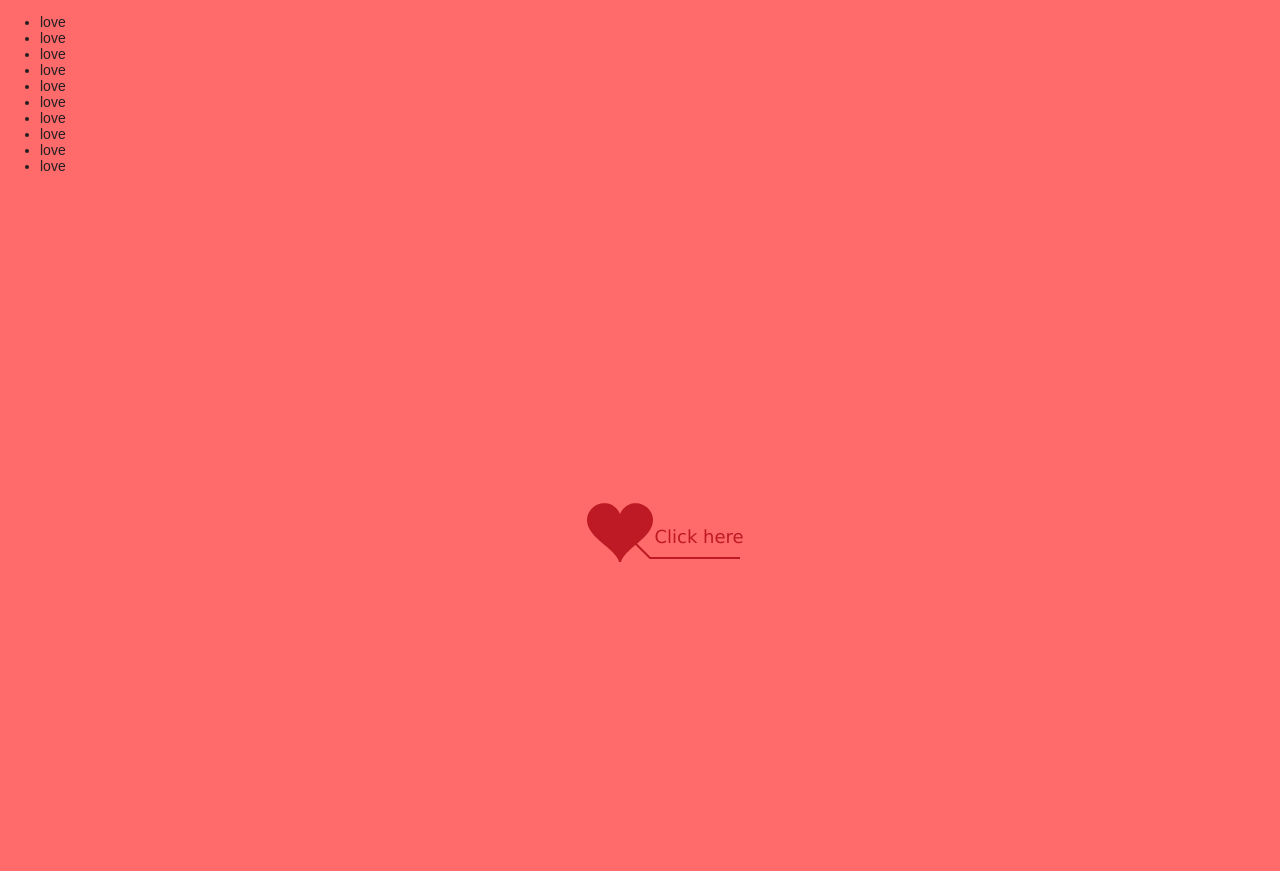
Repository: ddshiyu/qiongqiong
Page: biaobai.html
The author's editor kept a copy of each file at every save. The page is drawn from the files as they stood at one save, then again after the next save.
The browser window is 1280 px wide. The pictures show the whole page.

Above is the page before, as saved 2019-12-31 19:03:12.

### biaobai.html
<!DOCTYPE html>

<html xml:lang="en" xmlns="http://www.w3.org/1999/xhtml">

<head>
    <meta http-equiv="Content-Type" content="text/html; charset=UTF-8">
    <title>我爱你</title>
    <link type="text/css" rel="stylesheet" href="renxi/default.css">
    <script type="text/javascript" src="renxi/jquery.min.js"></script>
    <script type="text/javascript" src="renxi/jscex.min.js"></script>
    <script type="text/javascript" src="renxi/jscex-parser.js"></script>
    <script type="text/javascript" src="renxi/jscex-jit.js"></script>
    <script type="text/javascript" src="renxi/jscex-builderbase.min.js"></script>
    <script type="text/javascript" src="renxi/jscex-async.min.js"></script>
    <script type="text/javascript" src="renxi/jscex-async-powerpack.min.js"></script>
    <script type="text/javascript" src="renxi/functions.js" charset="utf-8"></script>
    <script type="text/javascript" src="renxi/love.js" charset="utf-8"></script>
    <style type="text/css">
        <!--
        .STYLE1 {
            color: #666666
        }
        -->
    </style>
</head>

<body>
    <audio autoplay="autopaly">
        <source src="renxi.mp3" type="audio/mp3" />
    </audio>
    <div id="main">
        <ul class="ball-box">
        <li>love</li>
        <li>love</li>
        <li>love</li>
        <li>love</li>
        <li>love</li>
        <li>love</li>
        <li>love</li>
        <li>love</li>
        <li>love</li>
        <li>love</li>
    </ul>
        <div id="error">本页面采用HTML5编辑，目前您的浏览器无法显示，请换成谷歌(<a
                href="http://www.google.cn/chrome/intl/zh-CN/landing_chrome.html?hl=zh-CN&brand=CHMI">Chrome</a>)或者火狐(<a
                href="http://firefox.com.cn/download/">Firefox</a>)浏览器，或者其他游览器的最新版本。</div>
        <div id="wrap">
            <div id="text">
                <div id="code">
                    <font color="#FF0000">
                            <span>新年快乐，又到了新的一年了</span><br>
                            <span>新的一年一定要立超多flag啊</span><br>
                            <span>说不定就实现了</span><br>
                            <span>琼琼一定要开心</span><br>
                            <span>新工作也要得心应手</span><br>
                            <span>你想学的东西也要坚持学会</span><br>
                            <span>能吃是福，想吃的东西千万不要犹豫</span><br>
                            <span>羡慕你的睡眠，能睡昏天黑地</span><br>
                            <span class="say"> 我知道我不会甜言蜜语，</span><br>
                            <span class="say"> 有些东西因为越在乎所以越怕失去</span><br>
                            <span class="say"> 有时候在你面前好像有点幼稚了</span><br>
                            <span class="say"> 我也要改变这个状态</span><br>
                            <span class="say"> 新的一年，琼琼冲鸭</span><br>
                            <span class="say"> fighting!</span><br>
                            <span class="space"></<span>-- to最好的姑娘</span> </font>
                    <br />
                    <br />
                    </p>
                </div>
            </div>

            <div id="clock-box"> <span class="STYLE1"></span>
                <font color="#FF4500">不知不觉已经认识琼琼</font>
                <span class="STYLE1">
                </span>
                <div id="clock"></div>
            </div>
            <canvas id="canvas" width="1100" height="680"></canvas>
        </div>
    </div>
    <script>
    </script>
    <script>
        (function () {
            var canvas = $('#canvas');

            if (!canvas[0].getContext) {
                $("#error").show();
                return false;
            }

            var width = canvas.width();
            var height = canvas.height();
            canvas.attr("width", width);
            canvas.attr("height", height);
            var opts = {
                seed: {
                    x: width / 2 - 20,
                    color: "rgb(190, 26, 37)",
                    scale: 2
                },
                branch: [
                    [535, 680, 570, 250, 500, 200, 30, 100, [
                        [540, 500, 455, 417, 340, 400, 13, 100, [
                            [450, 435, 434, 430, 394, 395, 2, 40]
                        ]],
                        [550, 445, 600, 356, 680, 345, 12, 100, [
                            [578, 400, 648, 409, 661, 426, 3, 80]
                        ]],
                        [539, 281, 537, 248, 534, 217, 3, 40],
                        [546, 397, 413, 247, 328, 244, 9, 80, [
                            [427, 286, 383, 253, 371, 205, 2, 40],
                            [498, 345, 435, 315, 395, 330, 4, 60]
                        ]],
                        [546, 357, 608, 252, 678, 221, 6, 100, [
                            [590, 293, 646, 277, 648, 271, 2, 80]
                        ]]
                    ]]
                ],
                bloom: {
                    num: 700,
                    width: 1080,
                    height: 650,
                },
                footer: {
                    width: 1200,
                    height: 5,
                    speed: 10,
                }
            }

            var tree = new Tree(canvas[0], width, height, opts);
            var seed = tree.seed;
            var foot = tree.footer;
            var hold = 1;

            canvas.click(function (e) {
                var offset = canvas.offset(), x, y;
                x = e.pageX - offset.left;
                y = e.pageY - offset.top;
                if (seed.hover(x, y)) {
                    hold = 0;
                    canvas.unbind("click");
                    canvas.unbind("mousemove");
                    canvas.removeClass('hand');
                }
            }).mousemove(function (e) {
                var offset = canvas.offset(), x, y;
                x = e.pageX - offset.left;
                y = e.pageY - offset.top;
                canvas.toggleClass('hand', seed.hover(x, y));
            });

            var seedAnimate = eval(Jscex.compile("async", function () {
                seed.draw();
                while (hold) {
                    $await(Jscex.Async.sleep(10));
                }
                while (seed.canScale()) {
                    seed.scale(0.95);
                    $await(Jscex.Async.sleep(10));
                }
                while (seed.canMove()) {
                    seed.move(0, 2);
                    foot.draw();
                    $await(Jscex.Async.sleep(10));
                }
            }));

            var growAnimate = eval(Jscex.compile("async", function () {
                do {
                    tree.grow();
                    $await(Jscex.Async.sleep(10));
                } while (tree.canGrow());
            }));

            var flowAnimate = eval(Jscex.compile("async", function () {
                do {
                    tree.flower(2);
                    $await(Jscex.Async.sleep(10));
                } while (tree.canFlower());
            }));

            var moveAnimate = eval(Jscex.compile("async", function () {
                tree.snapshot("p1", 240, 0, 610, 680);
                while (tree.move("p1", 500, 0)) {
                    foot.draw();
                    $await(Jscex.Async.sleep(10));
                }
                foot.draw();
                tree.snapshot("p2", 500, 0, 610, 680);

                // 会有闪烁不得意这样做, (＞﹏＜)
                canvas.parent().css("background", "url(" + tree.toDataURL('image/png') + ")");
                canvas.css("background", "#ffe");
                $await(Jscex.Async.sleep(300));
                canvas.css("background", "none");
            }));

            var jumpAnimate = eval(Jscex.compile("async", function () {
                var ctx = tree.ctx;
                while (true) {
                    tree.ctx.clearRect(0, 0, width, height);
                    tree.jump();
                    foot.draw();
                    $await(Jscex.Async.sleep(25));
                }
            }));

            var textAnimate = eval(Jscex.compile("async", function () {
                var together = new Date();
                together.setFullYear(2019, 4, 10); 			//时间年月日
                together.setHours(0);						//小时
                together.setMinutes(0);					//分钟
                together.setSeconds(0);					//秒前一位
                together.setMilliseconds(0);				//秒第二位

                $("#code").show().typewriter();
                $("#clock-box").fadeIn(500);
                while (true) {
                    timeElapse(together);
                    $await(Jscex.Async.sleep(1000));
                }
            }));

            var runAsync = eval(Jscex.compile("async", function () {
                $await(seedAnimate());
                $await(growAnimate());
                $await(flowAnimate());
                $await(moveAnimate());

                textAnimate().start();

                $await(jumpAnimate());
            }));

            runAsync().start();
        })();
    </script>


</body>

</html>

### renxi/default.css
body{margin:0;padding:0;background:#FF6A6A;font-size:14px;font-family:'微软雅黑','宋体',sans-serif;color:#231F20;overflow:auto}
a {color:#000;font-size:14px;}
#main{width:100%;}
#wrap{position:relative;margin:0 auto;width:1100px;height:680px;margin-top:10px;}
#text{width:272px;
height:560px;
left:188px;
top:80px;position:absolute;
}
#code{display:none;font-size:16px;}
#clock-box {position:absolute;left:60px;top:550px;font-size:28px;display:none;}
#clock-box a {font-size:28px;text-decoration:none;}
#clock{margin-left:48px;}
#clock .digit {font-size:64px;}
#canvas{margin:0 auto;width:1100px;height:680px;}
#error{margin:0 auto;text-align:center;margin-top:60px;display:none;}
.hand{cursor:pointer;}
.say{margin-left:5px;}
.space{margin-right:150px;}

### renxi/functions.js
/*
 * http://love.hackerzhou.me
 */

// variables
var $win = $(window);
var clientWidth = $win.width();
var clientHeight = $win.height();

$(window).resize(function() {
    var newWidth = $win.width();
    var newHeight = $win.height();
    if (newWidth != clientWidth && newHeight != clientHeight) {
        location.replace(location);
    }
});

(function($) {
	$.fn.typewriter = function() {
		this.each(function() {
			var $ele = $(this), str = $ele.html(), progress = 0;
			$ele.html('');
			var timer = setInterval(function() {
				var current = str.substr(progress, 1);
				if (current == '<') {
					progress = str.indexOf('>', progress) + 1;
				} else {
					progress++;
				}
				$ele.html(str.substring(0, progress) + (progress & 1 ? '_' : ''));
				if (progress >= str.length) {
					clearInterval(timer);
				}
			}, 75);
		});
		return this;
	};
})(jQuery);

function timeElapse(date){
	var current = Date();
	var seconds = (Date.parse(current) - Date.parse(date)) / 1000;
	var days = Math.floor(seconds / (3600 * 24));
	seconds = seconds % (3600 * 24);
	var hours = Math.floor(seconds / 3600);
	if (hours < 10) {
		hours = "0" + hours;
	}
	seconds = seconds % 3600;
	var minutes = Math.floor(seconds / 60);
	if (minutes < 10) {
		minutes = "0" + minutes;
	}
	seconds = seconds % 60;
	if (seconds < 10) {
		seconds = "0" + seconds;
	}
	var result = "第 <span class=\"digit\">" + days + "</span> 天 <span class=\"digit\">" + hours + "</span> 小时 <span class=\"digit\">" + minutes + "</span> 分钟 <span class=\"digit\">" + seconds + "</span> 秒";
	$("#clock").html(result);
}

### index.css
body{
    background: linear-gradient(270deg, #8146b4, #6990f6);
    height:100vh;
}
.ball-box{
    width:1200px;
    height:100%;
    margin:0 auto;
    position:relative;
}
.ball-box li{
    position:absolute;
    display:flex;
    justify-content:center;
    align-items:center;
    width:50px;
    height:50px;
    left:0;
    top:800px;
    background-color:rgba(255,255,255,0.15);
    border-radius:6px;
    color:#ccc;
    animation:ball 12s infinite;
}
.ball-box li:nth-child(1){
    animation-duration:8s;
    width:150px;
    height:150px;
    animation-delay: 1s;
    left:20%;
}
.ball-box li:nth-child(2){
    width:100px;
    animation-delay: 2s;
    height:100px;
    left:30%;
}
.ball-box li:nth-child(3){
    animation-delay: 1s;
    animation-duration:9s;
    width:80px;
    height:80px;
    left:40%;
}
.ball-box li:nth-child(4){
    width:70px;
    height:70px;
    animation-duration:5s;
    left:50%;
}
.ball-box li:nth-child(5){
    animation-duration:10s;
    animation-delay: 1s;
    left:60%;
}
.ball-box li:nth-child(6){
    animation-duration:6s;
    left:70%;
}
.ball-box li:nth-child(7){
    animation-delay: 1s;
    left:80%;
}
.ball-box li:nth-child(8){
    animation-duration:10s;
    width:120px;
    animation-delay: 1s;
    height:120px;
    left:90%;
}
.ball-box li:nth-child(9){
    height:70px;
    width:70px;
    left:15%;
}
@keyframes ball{
    0%{
        opacity:0.5;
        transform:rotateZ(30deg)
    }
    30%{
        opacity:0.75;
        transform:translateY(-30vh) rotateZ(70deg);

    }
    50%{
        opacity:1;
        transform:translateY(-60vh) rotateZ(135deg);
    }
    100%{
        opacity:1;
        transform:translateY(-90vh) rotateZ(180deg)
    }
}

Loaded but not shown: renxi/jquery.min.js (library); renxi/jscex.min.js (common file); renxi/jscex-builderbase.min.js (common file); renxi/jscex-async.min.js (library); renxi/jscex-async-powerpack.min.js (library); renxi/jscex-parser.js (1352 lines, source omitted); renxi/jscex-jit.js (1406 lines, source omitted); renxi/love.js (533 lines, source omitted)

After the next save:
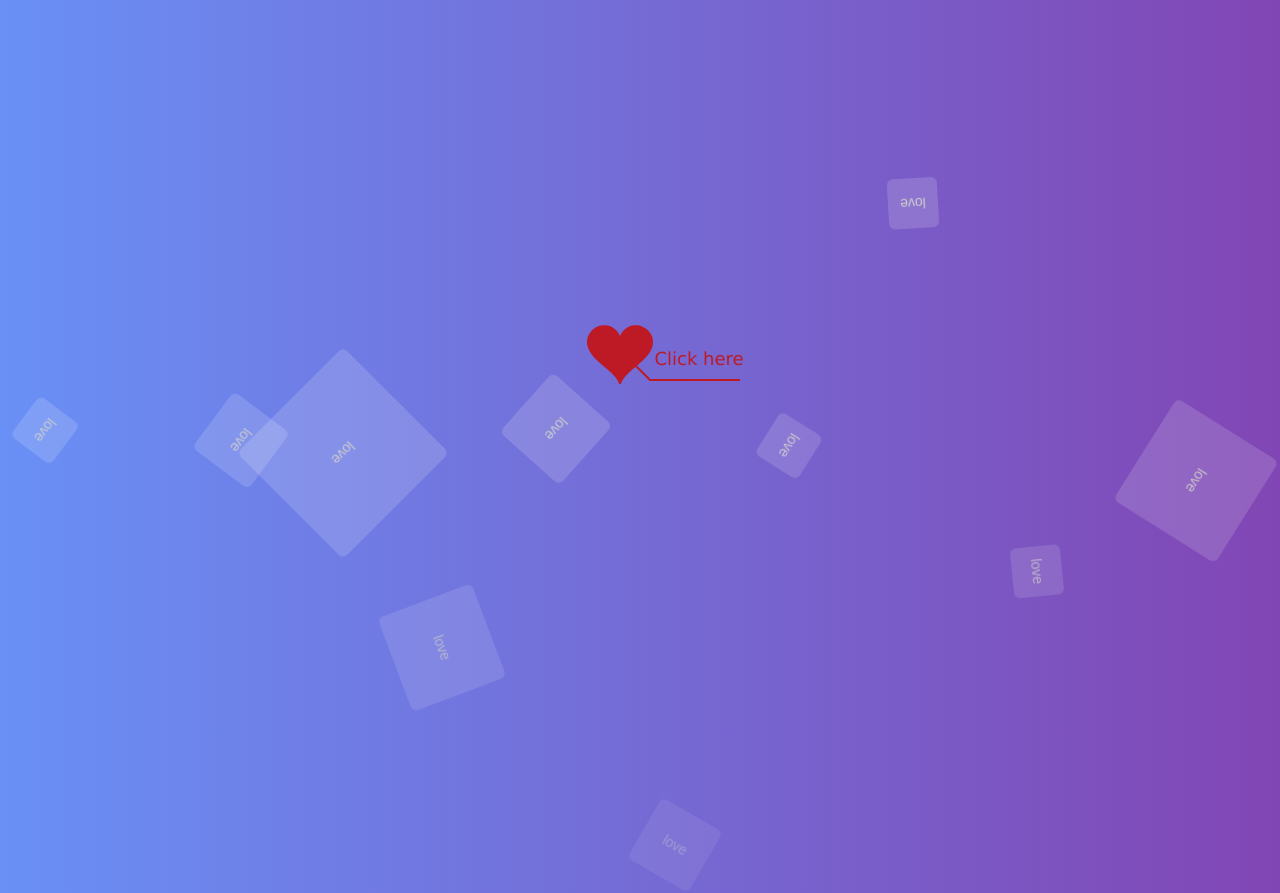
Saved 9 s later.
--- a/biaobai.html
+++ b/biaobai.html
@@ -15,6 +15,7 @@
     <script type="text/javascript" src="renxi/jscex-async-powerpack.min.js"></script>
     <script type="text/javascript" src="renxi/functions.js" charset="utf-8"></script>
     <script type="text/javascript" src="renxi/love.js" charset="utf-8"></script>
+    <link rel="stylesheet" href="./index.css">
     <style type="text/css">
         <!--
         .STYLE1 {
